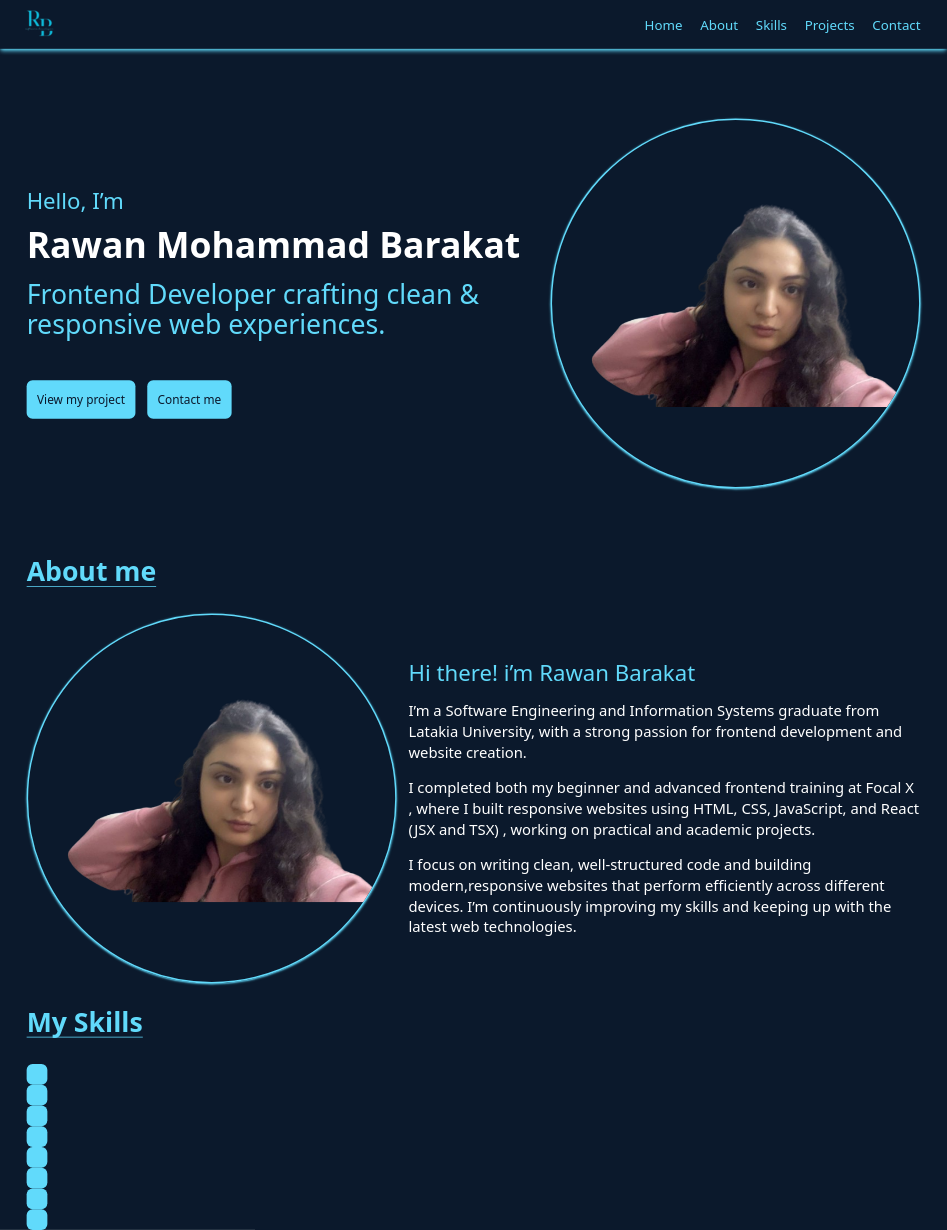
Repository: RawanBarakat-hub/portfolio
Page: /
An editor plug-in stored every save of this project. The page is shown before and after a run of saves, followed by the edit.
The browser window is 1280 px wide. The pictures show the whole page, at 74% of full size.
The project was rebuilt for these pictures with package versions that can differ from the ones it lists, and the page was loaded fresh each time. Also part of the build but not shown: vite.config.ts.

Above is the page before, as saved 2026-02-20 09:18:30.

### index.html
<!doctype html>
<html lang="en">
  <head>
    <meta charset="UTF-8" />
    <link rel="icon" type="image/svg+xml" href="/assets/images/photos/logo.png" />
    <meta name="viewport" content="width=device-width, initial-scale=1.0" />
    <title>Rawan's portfolio</title>
  </head>
  <body>
    <div id="root"></div>
    <script type="module" src="/src/main.tsx"></script>
  </body>
</html>

### src/index.css
@import "tailwindcss";
@theme{
    --color-primary-color: #61DAFB;
    --color-background-color: #0b192c;
    --color-hover-color: #85ddf5;
}

### src/App.tsx
import Hero from "./components/Hero"
import Main from "./components/Main"
import NavBar from "./components/NavBar"
import { nav_links } from "./data/data"
import "./index.css"
function App() {

  return (
    <div className="bg-background-color px-9">
      <NavBar logo={{source:"/assets/images/photos/logo.png",alternative:"Logo"}}
      nav_links={nav_links}
      bar_icon={{source:"/assets/images/icons/bars.svg",alternative:"bars"}}
      cancel_icon={{source:"/assets/images/icons/cancel.svg",alternative:"bars"}}
      />
      <Hero/>
      <Main/>
    </div>
  )
}

export default App

### src/components/Hero.tsx
import Image from "./Image"
import LinkBtn from "./LinkBtn"
import WelcomeText from "./WelcomeText"

const Hero = () => {
    return (
        <div className="h-screen pt-35 lg:pt-25 flex flex-col lg:flex-row
        justify-center lg:justify-between items-center gap-5">
            <div className="text-center lg:text-left">
                <WelcomeText text="Hello, I’m"/>
                <h1 className="text-white text-3xl lg:text-5xl mt-3 lg:mt-4
                mb-4 lg:mb-6 font-bold">Rawan Mohammad Barakat</h1>
                <p className="text-primary-color text-2xl lg:text-4xl max-w-2xl
                mb-4 lg:mb-14">Frontend Developer crafting clean & responsive web experiences.</p>
                <div className="flex justify-center lg:justify-start gap-4">
                    <LinkBtn url="" text="View my project"/>
                    <LinkBtn url="" text="Contact me"/>
                </div>
            </div>
            <Image source="/assets/images/photos/rawan.png" alternative="rawan"/>
        </div>
    )
}

export default Hero

### src/components/Main.tsx
import SectionAbout from "./SectionAbout"
import SectionSkills from "./SectionSkills"

const Main = () => {
    return (
        <main>
            <SectionAbout/>
            <SectionSkills/>
        </main>
    )
}

export default Main

### src/components/NavBar.tsx
import { NavLink } from "react-router-dom"
import type { NavProps } from "../interfaces"
import { useState } from "react"

const NavBar = ({logo,nav_links,bar_icon,cancel_icon}:NavProps) => {
    const [show,setShow]=useState<boolean>(true)
    return (
        <div>
            <nav className="flex justify-between pl-5 pr-9 items-center fixed top-0
            w-full left-0 bg-background-color shadow-md shadow-primary-color">
                <div className="">
                    <img className="" src={logo.source} alt={logo.alternative} />
                </div>
                <div className="hidden lg:block">
                    <ul className="flex gap-6">
                        {nav_links?.map((link,index)=>{
                            return <li key={index}>
                                <NavLink className="text-primary-color text-[18px] font-medium"
                                to={link?.url}>{link?.text}</NavLink>
                            </li>
                        })}
                    </ul>
                </div>
                <button onClick={()=>setShow(!show)}
                className="block lg:hidden"><img src={`${show?bar_icon.source:cancel_icon.source}`}
                alt={`${show?bar_icon.alternative:cancel_icon.alternative}`} /></button>
            </nav>
            <div className={`${show ? "-left-full" :"left-1/2"} absolute top-16.5
            -translate-x-1/2 py-3.5 bg-background-color w-full transition-all`}>
                <ul className="text-center">
                        {nav_links?.map((link,index)=>{
                            return <li key={index} className="mb-4">
                                <NavLink className="text-primary-color text-[18px] font-medium"
                                to={link?.url}>{link?.text}</NavLink>
                            </li>
                        })}
                    </ul>
            </div>
        </div>
    )
}

export default NavBar

### src/data/data.ts
export const nav_links=[
    {
        url:"/",
        text:"Home"
    },
    {
        url:"/",
        text:"About"
    },
    {
        url:"/",
        text:"Skills"
    },
    {
        url:"/",
        text:"Projects"
    },
    {
        url:"/",
        text:"Contact"
    }
]
export const skills=[
    {
        image:{
            source:"/assets/images/icons/html.svg",
            alternative:"HTMl icon"
        },
        link:{
            url:"https://www.w3schools.com/html/default.asp",
            text:"HTML"
        }
    },
    {
        image:{
            source:"/assets/images/icons/css3.svg",
            alternative:"CSS icon"
        },
        link:{
            url:"https://www.w3schools.com/css/default.asp",
            text:"CSS"
        }
    },
    {
        image:{
            source:"/assets/images/icons/js.svg",
            alternative:"JavaScript icon"
        },
        link:{
            url:"https://www.w3schools.com/js/default.asp",
            text:"JavaScript "
        }
    },
    {
        image:{
            source:"/assets/images/icons/bootstrap.svg",
            alternative:"Bootstrap icon"
        },
        link:{
            url:"https://www.w3schools.com/bootstrap/bootstrap_ver.asp",
            text:"Bootstrap"
        }
    },
    {
        image:{
            source:"/assets/images/icons/tailwind.svg",
            alternative:"Taileind icon"
        },
        link:{
            url:"https://tailwindcss.com/",
            text:"Tailwind"
        }
    },
    {
        image:{
            source:"/assets/images/icons/react.svg",
            alternative:"React icon"
        },
        link:{
            url:"https://www.w3schools.com/react/default.asp",
            text:"React"
        }
    },
    {
        image:{
            source:"/assets/images/icons/ts.svg",
            alternative:"TypeScript icon"
        },
        link:{
            url:"https://www.w3schools.com/typescript/index.php",
            text:"TypeScript"
        }
    },
    {
        image:{
            source:"/assets/images/icons/git.svg",
            alternative:"Git icon"
        },
        link:{
            url:"https://www.w3schools.com/git/default.asp",
            text:"Git"
        }
    }
]

### src/components/Image.tsx
import type { ImageProps } from '../interfaces'

const Image = ({source,alternative}:ImageProps) => {
    return (
        <div className='w-125 h-125 rounded-full border-2 border-primary-color
            shadow-sm shadow-primary-color flex justify-center items-center overflow-hidden
            shrink-0'>
            <img src={source} alt={alternative} />
        </div>
    )
}

export default Image

### src/components/LinkBtn.tsx
import { Link } from 'react-router-dom'
import { type LinkProps } from '../interfaces'
const LinkBtn = ({url,text,image}:LinkProps) => {
    return (
            <Link className={`${image?"bg-linear-to-r from-primary-color to-black hover:scale-120":
                "bg-primary-color hover:bg-hover-color"}
            text-background-color p-3.5 rounded-lg w-fit flex gap-4 transition-all`} to={url}>{text}
            {image && <img src={image?.source} alt={image?.alternative} />}</Link>
    )
}

export default LinkBtn

### src/components/WelcomeText.tsx

const WelcomeText = ({text}:{text:string}) => {
    return (
        <p className="text-primary-color text-xl lg:text-3xl
        font-medium">{text}</p>
    )
}

export default WelcomeText

### src/components/SectionAbout.tsx
import Description from "./Description"
import Image from "./Image"
import TitleSection from "./TitleSection"
import WelcomeText from "./WelcomeText"

const SectionAbout = () => {
    return (
        <section className="py-15 lg:py-8 text-center lg:text-left">
            <TitleSection title="About me"/>
            <div className="flex flex-col lg:flex-row
                justify-center lg:justify-between items-center
                gap-4">
                <Image source="/assets/images/photos/rawan.png" alternative="rawan"/>
                <div className="max-w-3xl">
                    <WelcomeText text="Hi there! i’m Rawan Barakat"/>
                    <Description text="I’m a Software Engineering and Information Systems
                        graduate from Latakia University, with a strong passion
                        for frontend development and website creation."/>
                    <Description text="I completed both my beginner
                        and advanced frontend training at Focal X ,
                        where I built responsive websites using HTML, CSS, JavaScript,
                        and React (JSX and TSX) , working on practical and academic projects."/>
                    <Description text="I focus on writing clean, well-structured
                    code and building modern,responsive websites that perform efficiently across different
                    devices. I’m continuously improving my skills and keeping up with the latest web
                    technologies."/>
                </div>
            </div>
        </section>
    )
}

export default SectionAbout

### src/components/SectionSkills.tsx
import { skills } from "../data/data"
import LinkBtn from "./LinkBtn"
import TitleSection from "./TitleSection"

const SectionSkills = () => {
    return (
        <section>
            <TitleSection title="My Skills"/>
            {
                skills.map((skill,index)=>{
                    return <LinkBtn />
                })
            }
        </section>
    )
}

export default SectionSkills

### src/components/Description.tsx

const Description = ({text}:{text:string}) => {
    return (
        <p className="text-white text-xl mt-5">{text}</p>
    )
}

export default Description

### src/components/TitleSection.tsx
import type { TitleSectionProp } from "../interfaces"

const TitleSection = ({title}:TitleSectionProp) => {
    return (
        <h2 className="text-xl lg:text-4xl text-primary-color font-semibold
        mb-4 lg:mb-9 w-fit border-b border-primary-color">{title}</h2>
    )
}

export default TitleSection

### src/components/Container.tsx
import type { ContainerProps } from "../interfaces"

const Container = ({children}:ContainerProps) => {
    return (
        <div className="flex justify-between gap-4">{children}</div>
    )
}

export default Container

Loaded but not shown: src/main.tsx (common file)

After the next 4 saves:
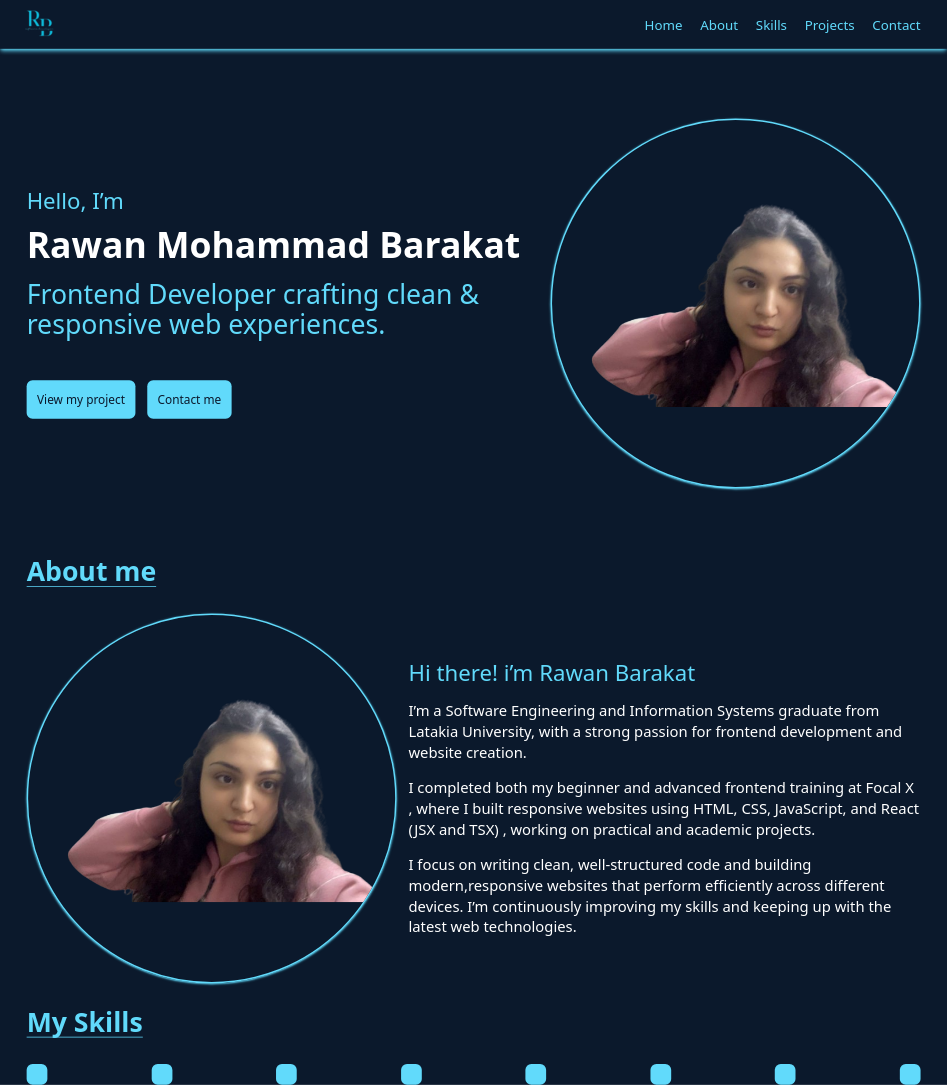
The 4 saves are shown as one change because 1 did not build or start and some came seconds apart.
The last was saved 13 s later.
--- a/src/components/SectionSkills.tsx
+++ b/src/components/SectionSkills.tsx
@@ -1,4 +1,5 @@
 import { skills } from "../data/data"
+import Container from "./Container"
 import LinkBtn from "./LinkBtn"
 import TitleSection from "./TitleSection"
 
@@ -6,11 +7,13 @@ const SectionSkills = () => {
     return (
         <section>
             <TitleSection title="My Skills"/>
-            {
+            <Container>
+                {
                 skills.map((skill,index)=>{
                     return <LinkBtn />
                 })
             }
+            </Container>
         </section>
     )
 }
